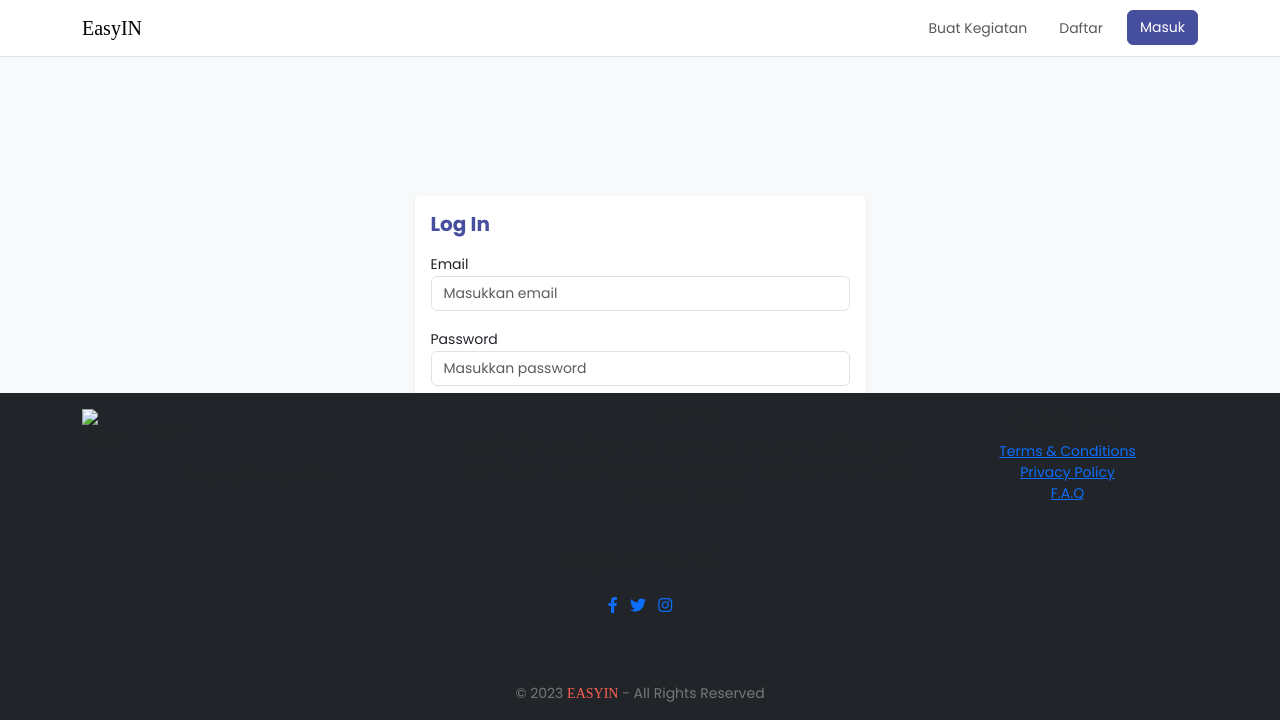
Repository: Imadaaa/Ticketing_Online
Page: http://localhost/login
These files come from the project's save history. The page is drawn as it stood at one moment and after the next save; the edit follows.
The browser window is 1280 px wide. The pictures show the whole page.
Some web fonts or font styles are not loaded; a fallback is used. The page is served by the project's Laravel application, run on PHP 8.4 with Laravel 10. Other server files are loaded and not shown.

Above is the page before, as saved 2023-08-22 02:12:26.
Console error: ReferenceError: $ is not defined

### routes/web.php
<?php

use Illuminate\Support\Facades\Route;
use App\Http\Controllers\AuthController;
use App\Http\Controllers\AcaraController;
use App\Http\Controllers\TiketController;
use App\Http\Controllers\UsersController;
use App\Http\Controllers\KampusController;
use App\Http\Controllers\LokasiController;
use App\Http\Controllers\KategoriController;
use App\Http\Controllers\DashboardController;
use App\Http\Controllers\JenisTiketController;
use App\Http\Controllers\LandingPageController;
use App\Http\Controllers\MetodePembayaranController;

/*
|--------------------------------------------------------------------------
| Web Routes
|--------------------------------------------------------------------------
|
| Here is where you can register web routes for your application. These
| routes are loaded by the RouteServiceProvider and all of them will
| be assigned to the "web" middleware group. Make something great!
|
*/

// landing page
Route::get('/', [LandingPageController::class, 'index'])->name('landing-page.index');

// acara
Route::group(['prefix' => 'acara'], function() {
    Route::get('/{slug}', [AcaraController::class, 'landingPageShow'])->name('landing-page.acara.show');
});

// kategori
Route::group(['prefix' => 'kategori'], function() {
    Route::get('/', [KategoriController::class, 'landingPageIndex'])->name('landing-page.kategori.index');
});

// auth
Route::get('/login', [AuthController::class, 'getLogin'])->name('login');
Route::post('/login', [AuthController::class, 'doLogin']);
Route::post('/logout', [AuthController::class, 'doLogout'])->name('logout');
Route::group(['prefix' => 'register'], function() {
    Route::get('/', [AuthController::class, 'getRegister'])->name('register');
    Route::post('/', [AuthController::class, 'doRegister']);
    Route::get('/verifikasi/{token}', [AuthController::class, 'doVerifikasi']);
});

// dashboard
Route::group(['prefix' => 'dashboard'], function() {
    // pages
    Route::get('/', [DashboardController::class, 'getIndex'])->name('dashboard.index');

    // kategori
    Route::group(['prefix' => 'kategori'], function() {
        Route::get('/datatable-json', [KategoriController::class, 'datatableJson'])->name('dashboard.kategori.datatable-json');
    });
    Route::resource('kategori', KategoriController::class, ['as' => 'dashboard'])->except('show');

    // lokasi
    Route::group(['prefix' => 'lokasi'], function() {
        Route::get('/datatable-json', [LokasiController::class, 'datatableJson'])->name('dashboard.lokasi.datatable-json');
    });
    Route::resource('lokasi', LokasiController::class, ['as' => 'dashboard'])->except('show');

    // kampus
    Route::group(['prefix' => 'kampus'], function() {
        Route::get('/datatable-json', [KampusController::class, 'datatableJson'])->name('dashboard.kampus.datatable-json');
    });
    Route::resource('kampus', KampusController::class, ['as' => 'dashboard'])->except('show')->parameters(['kampus' => 'kampus']);

    // metode pembayaran
    Route::group(['prefix' => 'metode-pembayaran'], function() {
        Route::get('/datatable-json', [MetodePembayaranController::class, 'datatableJson'])->name('dashboard.metode-pembayaran.datatable-json');
    });
    Route::resource('metode-pembayaran', MetodePembayaranController::class, ['as' => 'dashboard'])->except('show');

    // user
    Route::group(['prefix' => 'user'], function() {
        Route::get('/datatable-json', [UsersController::class, 'datatableJson'])->name('dashboard.user.datatable-json');
    });
    Route::resource('user', UsersController::class, ['as' => 'dashboard'])->only(['index', 'destroy']);

    // acara
    Route::group(['prefix' => 'acara'], function() {
        Route::get('/datatable-json', [AcaraController::class, 'datatableJson'])->name('dashboard.acara.datatable-json');

        Route::get('/{acara}/jenis-tiket', [JenisTiketController::class, 'index'])->name('dashboard.jenis-tiket.index');
        Route::post('/{acara}/jenis-tiket', [JenisTiketController::class, 'store'])->name('dashboard.jenis-tiket.store');

        Route::get('/{acara}/tiket/datatable-json', [TiketController::class, 'datatableJson'])->name('dashboard.tiket.datatable-json');
        Route::post('/{acara}/tiket', [TiketController::class, 'store'])->name('dashboard.tiket.store');
        Route::delete('/tiket/{tiket}', [TiketController::class, 'destroy'])->name('dashboard.tiket.destroy');
    });
    Route::resource('acara', AcaraController::class, ['as' => 'dashboard'])->except('show');
});

### app/Http/Controllers/AuthController.php
<?php

namespace App\Http\Controllers;

use App\Models\User;
use App\Mail\VerifyEmail;
use Illuminate\Support\Str;
use Illuminate\Http\Request;
use App\Http\Requests\UserRequest;
use Illuminate\Support\Facades\DB;
use Illuminate\Support\Facades\Mail;

class AuthController extends Controller
{
    public function getLogin()
    {
        return view('auth.login');
    }

    public function doLogin(Request $request)
    {
        $credentials = [
            'email' => $request->email,
            'password' => $request->password,
            'is_active' => true
        ];

        if(auth()->attempt($credentials)) {
            return redirect()->route('landing-page.index');
        }

        return redirect()->back()->with('error', 'Email atau password salah');
    }

    public function getRegister()
    {
        return view('auth.register');
    }

    public function doRegister(UserRequest $request)
    {
        $verify_token = Str::random(25);

        $payload = [
            'nama' => $request->nama,
            'verify_token' => $verify_token
        ];

        DB::beginTransaction();

        try {
            Mail::to($request->email)->send(new VerifyEmail($payload));

            User::create([
                'nama' => $request->nama,
                'email' => $request->email,
                'password' => bcrypt($request->password),
                'verify_email_token' => $verify_token
            ]);

            DB::commit();

            return redirect()->back()->with('success', 'Silahkan periksa email anda');
        } catch (Exception $e) {
            DB::rollback();

            return redirect()->back()->with('error', 'Proses registrasi gagal');
        }
    }

    public function doLogout()
    {
        auth()->logout();

        return redirect()->route('landing-page.index');
    }

    public function doVerifikasi($token)
    {
        if(!$token) {
            abort(404);
        }

        $user = User::where('verify_email_token', '=', $token)->firstOrFail();

        $user->update([
            'email_verified_at' => date('Y-m-d H:i:s'),
            'verify_email_token' => null,
            'is_active' => true
        ]);

        return redirect()->route('login')->with('success', 'Email berhasil di verifikasi, silahkan masuk');
    }
}

### resources/views/auth/login.blade.php
@extends('template.landing-page.app')

@section('title', 'Login')

@push('styles')
    <style>
        .wrap-login {
            margin-top: 100px;
        }
    </style>
@endpush

@section('content')
    <div class="container py-5">
        <div class="row mt-5 justify-content-center">
            <div class="col-lg-5 wrap-login">
                @if(session('error'))
                    <div class="alert bg-danger fs-14 text-white">
                        <i class="fa-solid fa-circle-xmark"></i>
                        <span>{{ session('error') }}</span>
                    </div>
                @elseif(session('success'))
                    <div class="alert bg-success fs-14 text-white">
                        <i class="fa-solid fa-circle-check"></i>
                        <span>{{ session('success') }}</span>
                    </div>
                @endif
                <div class="card border-0">
                    <div class="card-body shadow-sm">
                        <h5 class="fw-700 text-primary">Log In</h5>
                        <form action="{{ url('/login') }}" method="POST" class="mt-3">
                            @csrf
                            <div class="mb-3">
                                <label for="email" class="fs-14">Email</label>
                                <input type="email" class="form-control fs-14" name="email" id="email" placeholder="Masukkan email" required>
                            </div>
                            <div class="mb-3">
                                <label for="password" class="fs-14">Password</label>
                                <input type="password" class="form-control fs-14" name="password" id="password" placeholder="Masukkan password" required>
                            </div>
                            <div class="mb-3">
                                <p class="fs-14 mb-1 text-muted">Belum punya akun? daftar <a class="text-primary text-decoration-none" href="{{ route('register') }}">disini</a></p>
                                <p class="fs-14 mb-1 text-muted"><a class="text-primary text-decoration-none" href="{{ route('register') }}">Lupa Password</a></p>
                                <button type="submit" class="btn btn-primary fw-700 fs-14">Log In</button>
                            </div>
                        </form>
                    </div>
                </div>
            </div>
        </div>
    </div>
@endsection

### resources/views/template/landing-page/app.blade.php
<!doctype html>
<html lang="en">

<head>
    <meta charset="utf-8">
    <meta name="viewport" content="width=device-width, initial-scale=1">
    <title>EasyIN - @yield('title')</title>

    @include('template.landing-page.partials._style')
</head>

<body class="bg-light">
    {{-- navbar --}}
    @include('template.landing-page.partials._navbar')

    @yield('content')

    {{-- footer --}}
    @include('template.landing-page.partials._footer')

    @include('template.landing-page.partials._script')
</body>

</html>

### resources/views/template/landing-page/partials/_style.blade.php
<link href="https://cdn.jsdelivr.net/npm/bootstrap@5.3.1/dist/css/bootstrap.min.css" rel="stylesheet"
    integrity="sha384-4bw+/aepP/YC94hEpVNVgiZdgIC5+VKNBQNGCHeKRQN+PtmoHDEXuppvnDJzQIu9" crossorigin="anonymous">
<link rel="stylesheet" href="{{ asset('css/custom.css') }}">
<link rel="preconnect" href="https://fonts.googleapis.com">
<link rel="preconnect" href="https://fonts.gstatic.com" crossorigin>
<link href="https://fonts.googleapis.com/css2?family=Audiowide&family=Poppins:wght@400;500;600;700&display=swap"
    rel="stylesheet">
<link rel="stylesheet" href="https://cdnjs.cloudflare.com/ajax/libs/font-awesome/6.4.0/css/all.min.css"
    integrity="sha512-iecdLmaskl7CVkqkXNQ/ZH/XLlvWZOJyj7Yy7tcenmpD1ypASozpmT/E0iPtmFIB46ZmdtAc9eNBvH0H/ZpiBw=="
    crossorigin="anonymous" referrerpolicy="no-referrer" />
<link rel="stylesheet" href="{{ asset('path/to/slick.css') }}">
<link rel="stylesheet" href="{{ asset('path/to/slick-theme.css') }}">
<script src="{{ asset('path/to/slick.min.js') }}"></script>
@stack('styles')

### resources/views/template/landing-page/partials/_navbar.blade.php
<nav class="navbar navbar-expand-lg {{ request()->is('login') || request()->is('register') || !request()->is('/') ? 'bg-white border-bottom' : '' }}">
    <div class="container">
        <a class="navbar-brand {{ request()->is('login') || request()->is('register') || !request()->is('/') ? '' : 'text-white' }} text-title" href="{{ route('landing-page.index') }}">EasyIN</a>
        <button class="navbar-toggler" type="button" data-bs-toggle="collapse" data-bs-target="#navbarNav"
            aria-controls="navbarNav" aria-expanded="false" aria-label="Toggle navigation">
            <span class="navbar-toggler-icon"></span>
        </button>
        <div class="collapse navbar-collapse" id="navbarNav">
            <ul class="navbar-nav ms-auto">
                <li class="nav-item ms-3">
                    <a class="nav-link {{ request()->is('login') || request()->is('register') || !request()->is('/') ? '' : 'text-white' }} fs-14" aria-current="page" href="#">Buat Kegiatan</a>
                </li>
                @if(auth()->user())
                    <li class="nav-item ms-3">
                        <a class="nav-link {{ request()->is('login') || request()->is('register') || !request()->is('/') ? '' : 'text-white' }} fs-14" href="{{ route('dashboard.index') }}">Dashboard</a>
                    </li>
                    <li class="nav-item ms-3">
                        <a class="nav-link {{ request()->is('login') || request()->is('register') || !request()->is('/') ? '' : 'text-white' }} fs-14" href="#" onclick="document.getElementById('form-logout').submit();">Logout <i class="fa-solid fa-power-off"></i></a>
                        <form action="{{ route('logout') }}" method="POST" id="form-logout">
                            @csrf
                        </form>
                    </li>
                @else
                    <li class="nav-item ms-3">
                        <a class="nav-link {{ request()->is('login') || request()->is('register') || !request()->is('/') ? '' : 'text-white' }} fs-14" href="{{ route('register') }}">Daftar</a>
                    </li>
                    <li class="nav-item ms-3">
                        <a class="btn btn-primary {{ request()->is('login') || request()->is('register') || !request()->is('/') ? '' : 'text-white' }} fs-14" href="{{ route('login') }}">Masuk</a>
                    </li>
                @endif
            </ul>
        </div>
    </div>
</nav>

### resources/views/template/landing-page/partials/_footer.blade.php
<footer class="bg-dark text-center py-3 {{ request()->is('login') || request()->is('register') ? 'footer-fixed' : '' }}">
    <div class="container slider">
        <div class="row">
            <div class="col-md-4">
                <div class="d-flex align-items-center">
                    <img src="{{ asset('storage/img/logo/Steam_icon.png') }}" alt="Logo" class="logo me-3"
                        style="max-width: 50px;">
                    <p class="fs-14 mb-0">EASYIN</p>
                </div>
                <p class="mt-3 fs-14">Bringing Events to You</p>
            </div>
            <div class="col-md-5">
                <h5 class="fs-14">About Us</h5>
                <p class="fs-10">EASYIN is a platform that connects event organizers with participants, providing an
                    easy way to discover and join various events.</p>
            </div>
            <div class="col-md-3">
                <h5 class="fs-18">Quick Links</h5>
                <ul class="list-unstyled fs-14">
                    <li><a href="#">Terms & Conditions</a></li>
                    <li><a href="#">Privacy Policy</a></li>
                    <li><a href="#">F.A.Q</a></li>
                </ul>
            </div>
            <div class="col-md-12 mt-4">
                <h5 class="fs-18 mb-4">Stay Connected</h5>
                <ul class="list-inline social-icons">
                    <li class="list-inline-item"><a href="#" class="social-link"><i
                                class="fab fa-facebook-f"></i></a></li>
                    <li class="list-inline-item"><a href="#" class="social-link"><i
                                class="fab fa-twitter"></i></a></li>
                    <li class="list-inline-item"><a href="#" class="social-link"><i
                                class="fab fa-instagram"></i></a></li>
                </ul>
            </div>
        </div>
        <hr class="my-4">
        <div class="row">
            <div class="col-md-12 text-center">
                <p class="fs-14 mb-0" style="color: #777;">&copy; {{ date('Y') }} <span class="text-title"
                        style="color: #fd5e53;">EASYIN</span> - All Rights Reserved</p>
            </div>
        </div>
    </div>
</footer>

### resources/views/template/landing-page/partials/_script.blade.php
<script src="https://cdn.jsdelivr.net/npm/bootstrap@5.3.1/dist/js/bootstrap.bundle.min.js"
    integrity="sha384-HwwvtgBNo3bZJJLYd8oVXjrBZt8cqVSpeBNS5n7C8IVInixGAoxmnlMuBnhbgrkm" crossorigin="anonymous">
</script>
<script>
    $(document).ready(function() {
        $('.slider').slick({
            autoplay: true,
            dots: true,
            // Konfigurasi slider lainnya sesuai kebutuhan
        });
    });
</script>
@stack('scripts')

### public/css/custom.css
* {
    font-family: "Poppins", sans-serif;
}

.navbar {
    position: absolute !important;
    width: 100%;
    z-index: 1;
}

#hero {
    background-image: url("../img/hero.jpg");
    height: 500px;
    background-position: center;
    background-repeat: no-repeat;
    position: relative;
}

#hero::after {
    content: "";
    height: 100%;
    width: 100%;
    background-color: rgba(0, 0, 0, .5);
    display: block;
}

#hero .text-hero {
    position: absolute;
    width: auto;
    height: auto;
    top: 40%;
    text-align: center;
}

.search-bar {
    margin-top: -80px;
    z-index: 1;
    position: relative;
}

.search-bar .wrap-search-form {
    padding: 60px 50px;
}

#kegiatan-kampus .card {
    background-position: center;
    background-size: cover;
    background-repeat: no-repeat;
    position: relative;
}

#kegiatan-kampus .card::before {
    content: "";
    height: 100%;
    width: 100%;
    background-color: rgba(0, 0, 0, .5);
    display: block;
    position: absolute;
    border-radius: 0.375rem;
}

#kegiatan-kampus .card .card-body h5 {
    margin-top: 200px;
}

#kegiatan-kampus .card .card-body h5, #kegiatan-kampus .card .card-body p, #kegiatan-kampus .card .card-body a {
    z-index: 1;
    position: relative;
}

footer, .bg-dark {
    background-color: #212529 !important;
}

.text-title {
    font-family: 'Audiowide', cursive;
}

.fs-14 {
    font-size: 14px;
}

.fs-12 {
    font-size: 12px;
}

.fs-60 {
    font-size: 60px;
}

.fw-700 {
    font-weight: 700;
}

.btn-primary {
    background-color: #464F9E !important;
    border-color: #464F9E !important;
}

.btn-outline-primary {
    background-color: white !important;
    border-color: #464F9E !important;
    color: #464F9E !important;
}

.btn-outline-primary:hover {
    background-color: #464F9E !important;
    color: white !important;
}

.text-primary {
    color: #464F9E !important;
}

.footer-fixed {
    position: absolute;
    width: 100%;
    bottom: 0;
}

Loaded but not shown: app/Http/Controllers/Controller.php (common file)

After the next save:
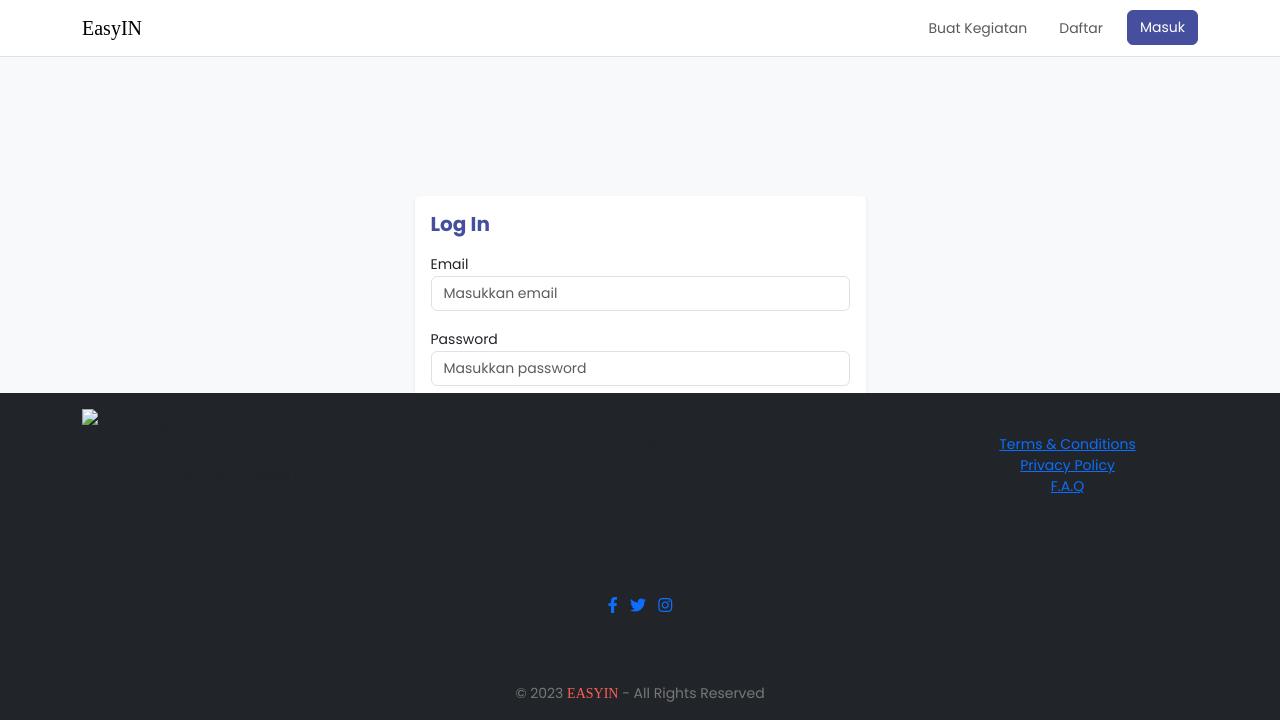
Saved 6 s later.
--- a/resources/views/template/landing-page/partials/_footer.blade.php
+++ b/resources/views/template/landing-page/partials/_footer.blade.php
@@ -15,7 +15,7 @@
                     easy way to discover and join various events.</p>
             </div>
             <div class="col-md-3">
-                <h5 class="fs-18">Quick Links</h5>
+                <h5 class="fs-14">Quick Links</h5>
                 <ul class="list-unstyled fs-14">
                     <li><a href="#">Terms & Conditions</a></li>
                     <li><a href="#">Privacy Policy</a></li>
